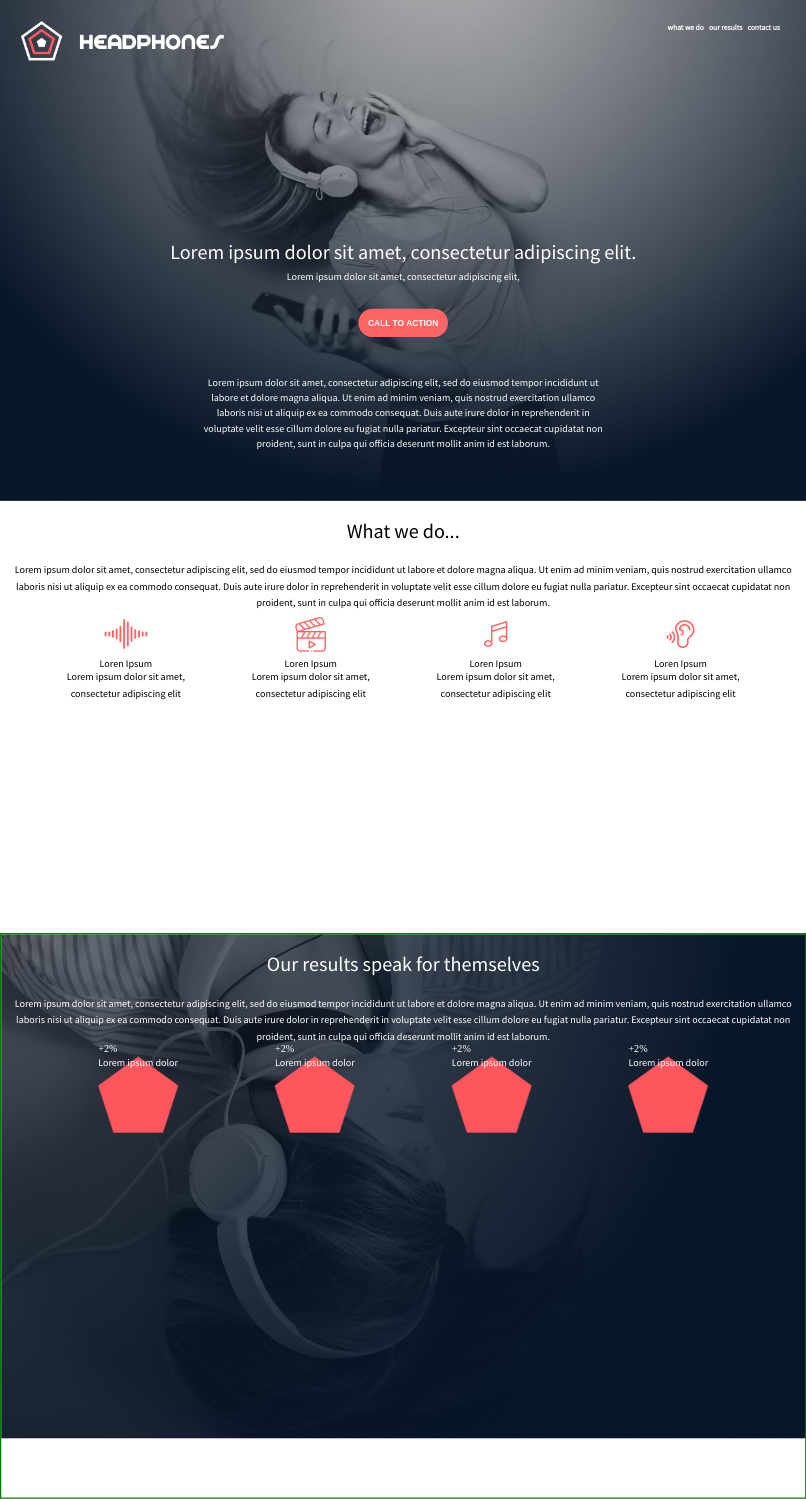
Repository: seleniadelgado/holbertonschool-web_front_end
Page: 0x09-implement_a_design_from_scratch/2-index.html
The author's editor kept a copy of each file at every save. The page is drawn from the files as they stood at one save, then again after the next save.
The browser window is 1280 px wide. The pictures show the whole page, at 63% of full size.

Above is the page before, as saved 2020-03-23 12:36:38.

### 0x09-implement_a_design_from_scratch/2-index.html
<!DOCTYPE <!DOCTYPE html>
<head>
    <meta charset="utf-8">
    <title>Headphones</title>
    <meta name="description" content="">
    <meta name="viewport" content="width=device-width, initial-scale=1">
    <link rel="stylesheet" href="2-styles.css">
    <link rel="stylesheet" href="reset.css">
    <link rel="stylesheet" href="./holberton_school-icon/style.css">
    <link href="https://fonts.googleapis.com/css?family=Source+Sans+Pro&display=swap" rel="stylesheet">
</head>
<body>
<!-- nav bar -->
    <header>
        <div class="firstdiv">
            <nav>
                <input type="checkbox" id="menu">
                <label for="menu" id="nav-icon"></label>
                <div class="logo"><img href="active" href="#home"><img src="./images/logo_headphones.png" alt="logo"></a></div>
                <div class="main-nav">
                    <ul class="nav-header">
                        <li><a href="#what-we-do">what we do</a></li>
                        <li><a href="#our-results">our results</a></li>
                        <li><a href="#contact-us">contact us</a></li>
                    </ul>
                </div>
            </nav>
        </div>
<!-- Content -->
        <div class="seconddiv">
            <div class="text">
                <h1>Lorem ipsum dolor sit amet, consectetur adipiscing elit.</h1>
                <p>Lorem ipsum dolor sit amet, consectetur adipiscing elit, </p>
            </div>
        </div>
        <div class="thirddiv">
        <button id="button">CALL TO ACTION</button>
        <p class="longParagraph">Lorem ipsum dolor sit amet, consectetur adipiscing elit, sed do eiusmod tempor incididunt ut labore et dolore magna aliqua.
            Ut enim ad minim veniam, quis nostrud exercitation ullamco laboris nisi ut aliquip ex ea commodo consequat.
            Duis aute irure dolor in reprehenderit in voluptate velit esse cillum dolore eu fugiat nulla pariatur. Excepteur sint occaecat cupidatat non proident,
            sunt in culpa qui officia deserunt mollit anim id est laborum.</p>
            </div>
        </div>
    </div>
    </header>
    <div id="whatWeDo">
        <div class="content">
            <h1>What we do...</h1>
            <p> Lorem ipsum dolor sit amet, consectetur adipiscing elit, sed do eiusmod tempor incididunt ut labore et dolore magna aliqua.
                Ut enim ad minim veniam, quis nostrud exercitation ullamco laboris nisi ut aliquip ex ea commodo consequat.
                Duis aute irure dolor in reprehenderit in voluptate velit esse cillum dolore eu fugiat nulla pariatur. Excepteur sint occaecat cupidatat non proident,
                sunt in culpa qui officia deserunt mollit anim id est laborum.
            </p>
            <div class="grid">
                <div>
                    <div class="icon, item holberton_school-icon-ic_sound"></div>
                    <h6>Loren Ipsum</h6>
                    <p>Lorem ipsum dolor sit amet,<br> consectetur adipiscing elit</p>
                </div>
                <div>
                    <div class="icon, item holberton_school-icon-ic_video"></div>
                    <h6>Loren Ipsum</h6>
                    <p>Lorem ipsum dolor sit amet, <br>consectetur adipiscing elit</p>
                </div>
                <div>
                    <div class="icon, item holberton_school-icon-ic_music"></div>
                    <h6>Loren Ipsum</h6>
                    <p>Lorem ipsum dolor sit amet, <br>consectetur adipiscing elit</p>
                </div>
                <div>
                    <div class="icon, item holberton_school-icon-ic_hearing"></div>
                    <h6>Loren Ipsum</h6>
                    <p>Lorem ipsum dolor sit amet, <br>consectetur adipiscing elit</p>
                </div>
            </div>
        </div>
    </div>
    <div id="our-results">
        <div class="summary">
            <h1>Our results speak for themselves</h1>
            <p>Lorem ipsum dolor sit amet, consectetur adipiscing elit, sed do eiusmod tempor incididunt ut labore et dolore magna aliqua.
                Ut enim ad minim veniam, quis nostrud exercitation ullamco laboris nisi ut aliquip ex ea commodo consequat.
                Duis aute irure dolor in reprehenderit in voluptate velit esse cillum dolore eu fugiat nulla pariatur. Excepteur sint occaecat cupidatat non proident,
                sunt in culpa qui officia deserunt mollit anim id est laborum.
            </p>
            <div class="grid">
                <div class="component">
                    <h2>+2%</h2>
                    <p>Lorem ipsum dolor</p>
                </div>
                <div class="component">
                    <h2>+2%</h2>
                    <p>Lorem ipsum dolor</p>
                </div>
                <div class="component">
                    <h2>+2%</h2>
                    <p>Lorem ipsum dolor</p>
                </div>
                <div class="component">
                    <h2>+2%</h2>
                    <p>Lorem ipsum dolor</p>
                </div>
            </div>
        </div>
    </div>
</body>
</html>

### 0x09-implement_a_design_from_scratch/2-styles.css

:root {
    --font-size-sm: 12px;
    --font-size-md: 16px;
    --font-size-lg: 32px;
    --font-size-xl: 72px;
    --font-size-button: 14px;
    --color-primary-red: #FF6565;
    --color-body-white: white;
    --color-body-black: black;
    --font-family: 'Source Sans Pro', sans-serif;
}

/* header */
html {
    width: 100%;
}

header {
    width: 100%;
    background: transparent;
    position: relative;
    color: var(--color-body-white);
    background-image: url("images/headphones_hero_1.jpg");
    background-repeat: no-repeat;
    background-size: cover;
    font-family: var(--font-family);
}

header .firstdiv {
    justify-content: space-between;
    align-content: space-between;
    padding: 2rem;
    flex-wrap: wrap;
}

header .firstdiv nav {
    width: 100%;
    display: flex;
    justify-content: space-between;
    align-content: space-between;
    position: relative;
}

a {
    margin: auto 1.25rem;
    color: var(--color-body-white);
    text-decoration: none;
    font-family: var(--font-family);
}

a:hover, a:active {
    color: var(--color-primary-red)
}

#menu {
    display: none;
    position: absolute;
}

#nav-icon {
    display: none;
    position: absolute;
}

.logo {
    float: left;
}

.nav-header {
    display: inline-flex;
    margin: auto 0;
    list-style-type: none;
    font-size: var(--font-size-sm);
    font-weight: bolder;
    font-family: var(--font-family);
}

.main-nav ul {
    border: 6px transparent solid;
    justify-content: space-between;
}

.main-nav ul li a {
    border: 4px transparent solid;
    font-family: var(--font-family);

}

/* nav */
.seconddiv {
    text-align: center;
}

.thirddiv {
    text-align: center;
}

/*text */
.text {
    padding-top: 20%;
    text-align: center;
    line-height: 32px;
}

.text h1 {
    font-size: var(--font-size-md);
    color: var(--color-body-white);
}

.text p {
    font: var(--font-size-sm);
    color: var(--color-body-white);
}

/* button */
#button {
    padding: 15px;
    margin-top: 40px;
    margin-bottom: 60px;
    border-radius: 4em;
    background-color: #FF6565;
    box-shadow: var(--color-body-black);
    border-style: none;
    color: var(--color-body-white);
    font-weight: bolder;
}

#button:hover {
    opacity: 0.9;
}

/* end button */

/* start longparagraph */
.longParagraph {
    display: flex;
    margin: auto;
    margin: 0% 25% 0% 25%;
    line-height: 24px;
    font-family: var(--font-family);
    font-size: var(--font-size-md);
    color: var(--color-body-white);
    padding-bottom: 5em;
}
/* end longparagraph */

/* media query for screens less than 480px */
@media (max-width: 480px)
{
    header nav {
      flex-direction: column;
      align-items: center;
    }

    .logo {
      width: 50%;
      height: auto;
      display: flex;
      text-align: center;
    }

    .nav-header {
      display: none;
      width: 100%;
      flex-direction: column;
      margin: 1rem auto;
      text-align: center;
      font-weight: bold;
      font-size: var(--font-size-btn);
      float: right;
      display: inline-flex;
      margin-right: 10%;
    }

    .nav-header li {
      width: 100%;
      margin: 0.5rem auto;
      padding-right: 50px;
      font-family: var(--font-family);
    }

    #nav-icon {
        background: var(--color-body-white);
        height: 2px;
        width: 13px;
        position: absolute;
        left: 1rem;
        top: 18px;
        display: block;
    }

    #nav-icon::before {
        content: "";
        background: var(--color-body-white);
        height: 2px;
        width: 20px;
        position: relative;
        top: -0.4rem;
        display: block;
        transition: all 0.2s ease;
    }

    #nav-icon::after {
        content: "";
        background: var(--color-body-white);
        height: 2px;
        width: 18px;
        position: relative;
        top: 0.3rem;
        display: block;
        transition: all 0.2s ease;
    }

    #menu:checked ~ .nav-header {
        display: inline-flex;
    }

    #menu:checked ~ #nav-icon {
        background: transparent;
    }

    #menu:checked ~ #nav-icon::before {
        transform: rotate(45deg);
        top: 3px;
        margin: auto;
    }

    #menu:checked ~ #nav-icon::after {
        width: 20px;
        transform: rotate(-45deg);
        top: 1px;
        margin: auto;
    }
}

.text {
    font-family: var(--font-family);
    line-height: 24px;
}

.text h1 {
    font-size: var(--font-size-lg);
    margin-bottom: 10;
    line-height: 32px;;
}

.text p {
    font-size: var(--font-size-md);
}

/* menu btn ends */
.content {
    display: grid;
    text-align: center;
    font-family: var(--font-family);
    margin-bottom: 20em;
}

.grid {
    display: flex;
    flex-wrap: wrap;
    justify-content: space-evenly;
    height: 100%
}

.grid p {
    padding-bottom: 3em;
}

.item {
    color: var(--color-primary-red);
    font-size: var(--font-size-xl);
    margin: 2px;
}

.item h6, p {
    color: var(--color-body-black);
    font-size: var(--font-size-sm);
    margin-bottom: 5px;
}

#whatWeDo {
    margin-top: 2em;
    font-family: var(--font-family);
    margin-bottom: none;
}

.content h1 {
    font-size: var(--font-size-lg);
    margin-bottom: 1em;
}

.content p {
    text-align: center;
    font-size: var(--font-size-md);
    line-height: 26px;
}

#our-results {
    padding-top: 2em;
    background-image: url(images/headphones_hero_2.jpg);
    background-repeat: no-repeat;
    color: var(--color-body-white);
    border: 2px solid green;
}

.summary h1 {
    text-align: center;
    color: var(--color-body-white);
    font-family: var(--font-family);
    font-size: var(--font-size-lg);
    margin-bottom: 1em;
}

.summary p {
    color: var(--color-body-white);
    font-family: var(--font-family);
    font-size: var(--font-size-md);
    line-height: 26px;
    text-align: center;
}
.results h2 {
    position: absolute;
    text-align: center;
    left: 50%;
    transform: translate(-50%, -50%);
}
#our-results .grid .component {
    background-image: url(images/pentagone.png);
    background-repeat: no-repeat;
    background-size: contain;
    background-position: center;
    height: 10rem;
    padding: 0;
    position: relative;
}
#our-results .grid .item h2 {
    font-size: var(--font-size-xl);
}

### 0x09-implement_a_design_from_scratch/holberton_school-icon/style.css
@font-face {
  font-family: 'holberton_school-icon';
  src:  url('fonts/holberton_school-icon.eot?sq4eq4');
  src:  url('fonts/holberton_school-icon.eot?sq4eq4#iefix') format('embedded-opentype'),
    url('fonts/holberton_school-icon.ttf?sq4eq4') format('truetype'),
    url('fonts/holberton_school-icon.woff?sq4eq4') format('woff'),
    url('fonts/holberton_school-icon.svg?sq4eq4#holberton_school-icon') format('svg');
  font-weight: normal;
  font-style: normal;
  font-display: block;
}

[class^="holberton_school-icon-"], [class*=" holberton_school-icon-"] {
  /* use !important to prevent issues with browser extensions that change fonts */
  font-family: 'holberton_school-icon' !important;
  speak: none;
  font-style: normal;
  font-weight: normal;
  font-variant: normal;
  text-transform: none;
  line-height: 1;

  /* Better Font Rendering =========== */
  -webkit-font-smoothing: antialiased;
  -moz-osx-font-smoothing: grayscale;
}

.holberton_school-icon-arrow_1:before {
  content: "\e900";
}
.holberton_school-icon-arrow_2:before {
  content: "\e901";
}
.holberton_school-icon-arrow_3:before {
  content: "\e902";
}
.holberton_school-icon-arrow_4:before {
  content: "\e903";
}
.holberton_school-icon-arrow_5:before {
  content: "\e904";
}
.holberton_school-icon-check:before {
  content: "\e905";
}
.holberton_school-icon-ic_bag:before {
  content: "\e906";
}
.holberton_school-icon-ic_cart:before {
  content: "\e907";
}
.holberton_school-icon-ic_facebook:before {
  content: "\e908";
}
.holberton_school-icon-ic_hearing:before {
  content: "\e909";
}
.holberton_school-icon-ic_instagram:before {
  content: "\e90a";
}
.holberton_school-icon-ic_laptop:before {
  content: "\e90b";
}
.holberton_school-icon-ic_money:before {
  content: "\e90c";
}
.holberton_school-icon-ic_music:before {
  content: "\e90d";
}
.holberton_school-icon-ic_sound:before {
  content: "\e90e";
}
.holberton_school-icon-ic_twitter:before {
  content: "\e90f";
}
.holberton_school-icon-ic_video:before {
  content: "\e910";
}
.holberton_school-icon-menu:before {
  content: "\e911";
}
.holberton_school-icon-search_1:before {
  content: "\e912";
}
.holberton_school-icon-search_2:before {
  content: "\e913";
}
.holberton_school-icon-star:before {
  content: "\e914";
}

Loaded but not shown: 0x09-implement_a_design_from_scratch/reset.css (common file)

After the next save:
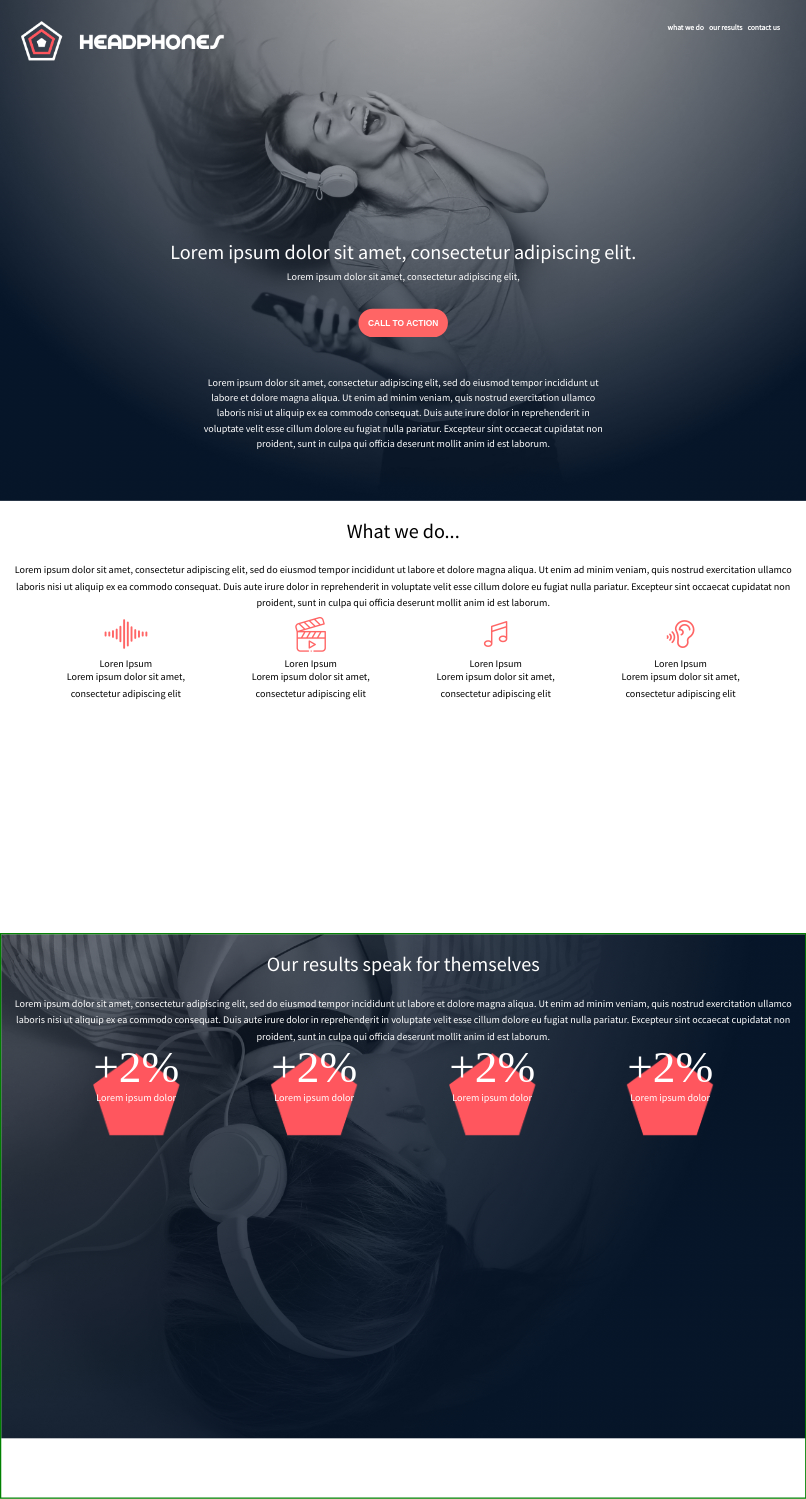
Saved 13 s later.
--- a/0x09-implement_a_design_from_scratch/2-styles.css
+++ b/0x09-implement_a_design_from_scratch/2-styles.css
@@ -335,6 +335,6 @@ a:hover, a:active {
     padding: 0;
     position: relative;
 }
-#our-results .grid .item h2 {
+#our-results .grid .component h2 {
     font-size: var(--font-size-xl);
 }
